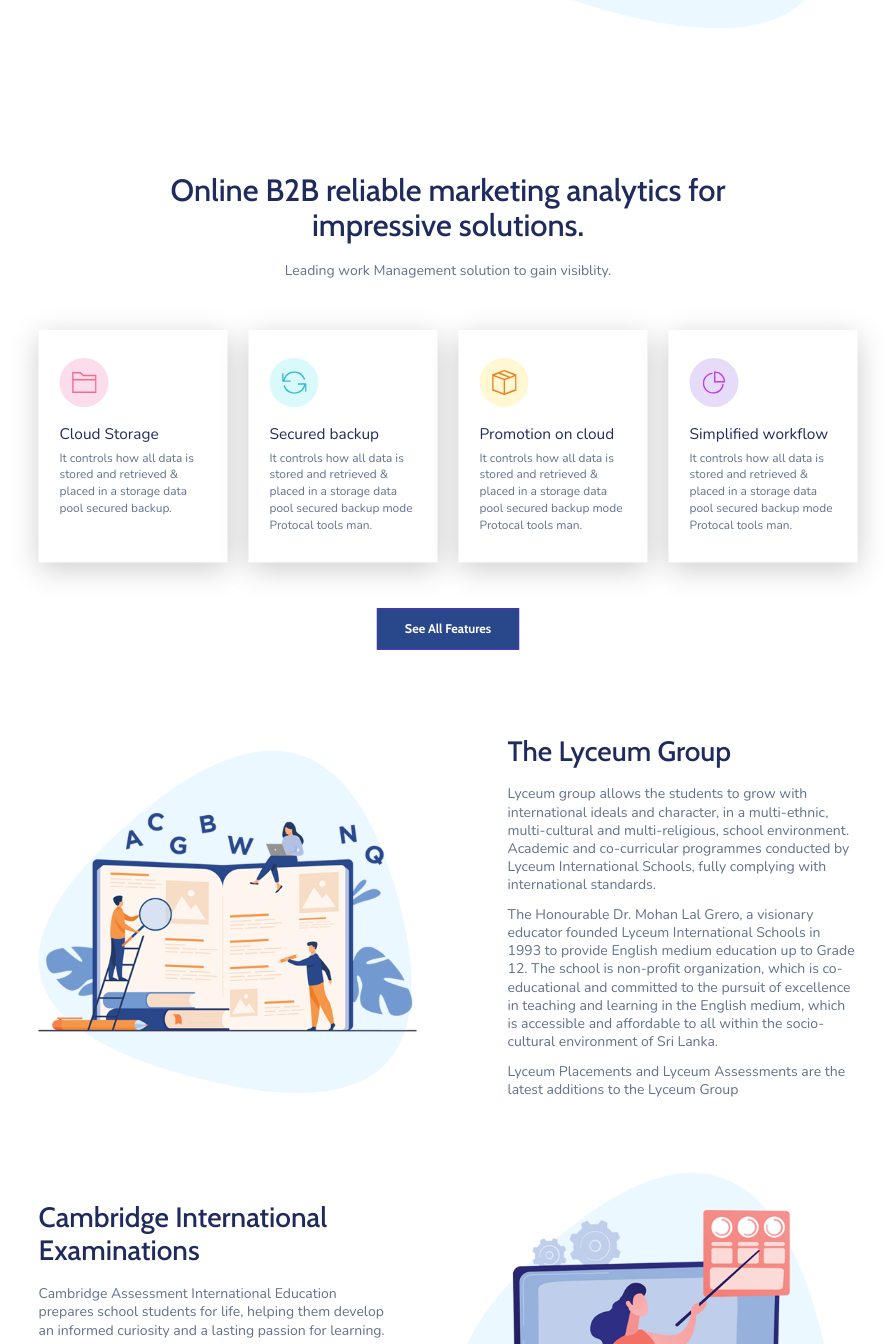
Repository: AXUSLK/LyceumAssessments-HTML
Page: index.html
The author's editor kept a copy of each file at every save. The page is drawn from the files as they stood at one save, then again after the next save.
The browser window is 1280 px wide. The pictures show the part of the page from y = 1289 to 3209 px (the page is 5882 px tall before and 5706 px after), at 70% of full size.
Some web libraries are served in a nearby version.

Above is the page before, as saved 2022-02-01 09:59:11.

After the next save:
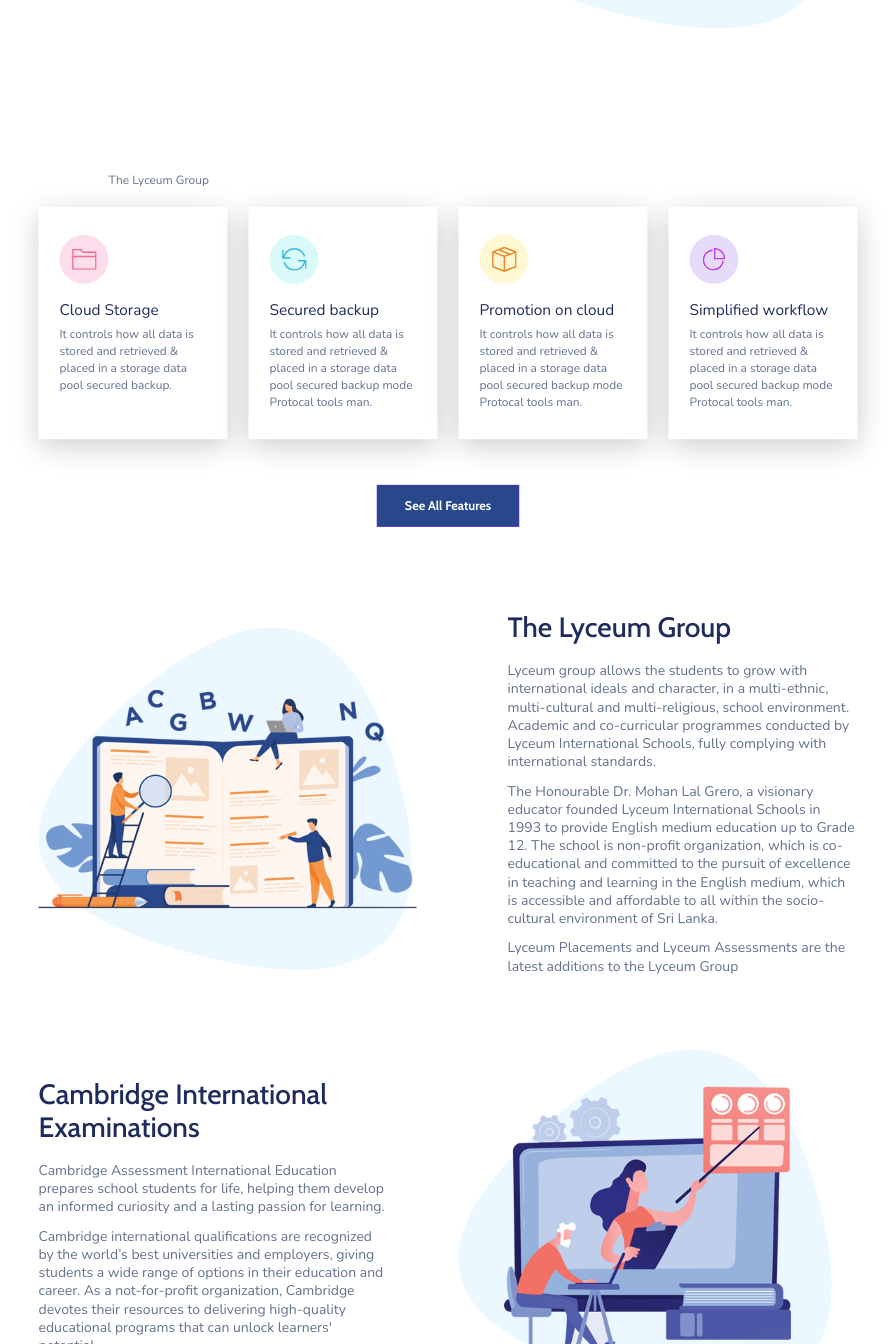
Saved 59 s later.
--- a/index.html
+++ b/index.html
@@ -227,11 +227,7 @@
 						<div class="row">
 							<div class="col-12 col-lg-10 offset-lg-1">
 								<!-- headingHead -->
-								<header
-									class="headingHead textMedium text-center mb-8 mb-lg-10 mb-xl-14 wow bounceInUp">
-									<h2 class="mb-5">Online B2B reliable marketing analytics for impressive solutions.
-									</h2>
-									<p>Leading work Management solution to gain visiblity.</p>
+								<header <h3 class="mb-5">The Lyceum Group</h3>
 								</header>
 							</div>
 						</div>
